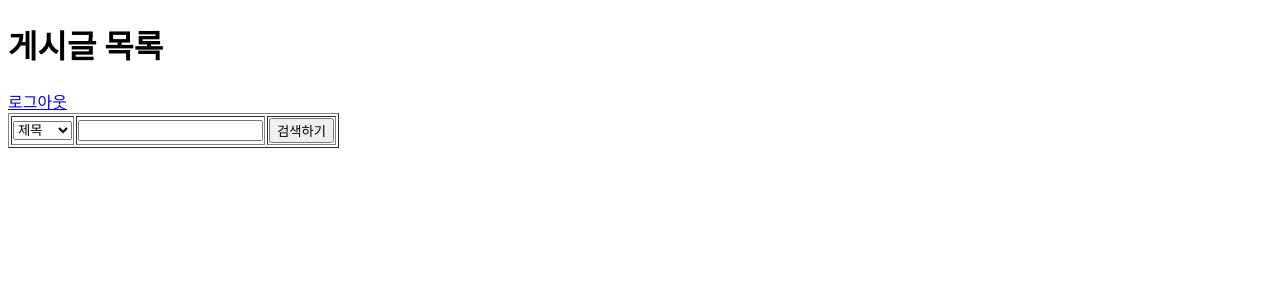
Repository: JunHyuckSong/workspaceSpring
Page: http://localhost/day11/main.jsp
These files come from the project's save history. The page is drawn as it stood at one moment and after the next save; the edit follows.
The browser window is 1280 px wide. The pictures show the whole page.
The page is served by Tomcat 9. Other server files are loaded and not shown.

Above is the page before, as saved 2021-12-23 10:30:11.

### day11/src/main/webapp/main.jsp
<%@ page language="java" contentType="text/html; charset=EUC-KR"
    pageEncoding="EUC-KR"%>
<!DOCTYPE html>
<html>
<head>
<meta charset="EUC-KR">
<title>메인페이지</title>
</head>
<body>
	<h1>게시글 목록</h1>
	<a href="logout_C.jsp">로그아웃</a>

	<form action="main.jsp" method="post">
		<table border="1">
			<tr>
				<td>
					<select name="searchCondition">
						<option value="title">제목</option>
						<option value="writer">작성자</option>
					</select>
				</td>
				<td>
					<input type="text" name="searchContent">
				</td>
				<td>
					<input type="submit" value="검색하기">
				</td>
			</tr>
		</table>
	</form>

</body>
</html>

After the next save:
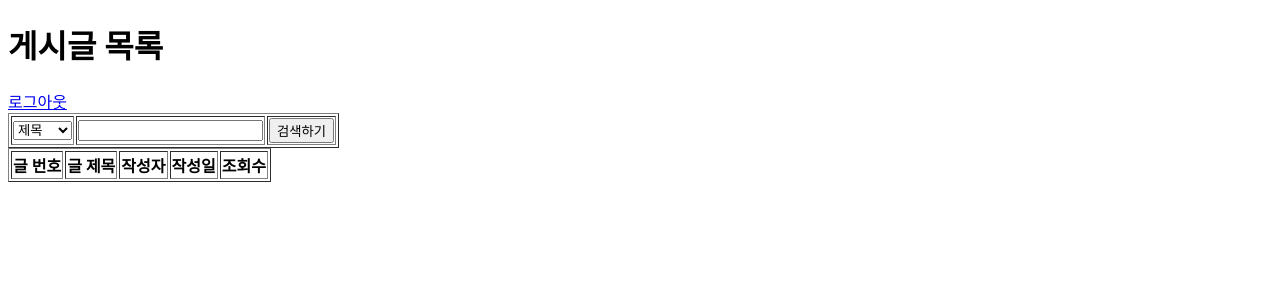
Saved 3 min 13 s later.
--- a/day11/src/main/webapp/main.jsp
+++ b/day11/src/main/webapp/main.jsp
@@ -28,6 +28,16 @@
 			</tr>
 		</table>
 	</form>
+	<table border="1">
+		<tr>
+			<th>글 번호</th>
+			<th>글 제목</th>
+			<th>작성자</th>
+			<th>작성일</th>
+			<th>조회수</th>
+		</tr>
+	</table>
+
 
 </body>
 </html>
